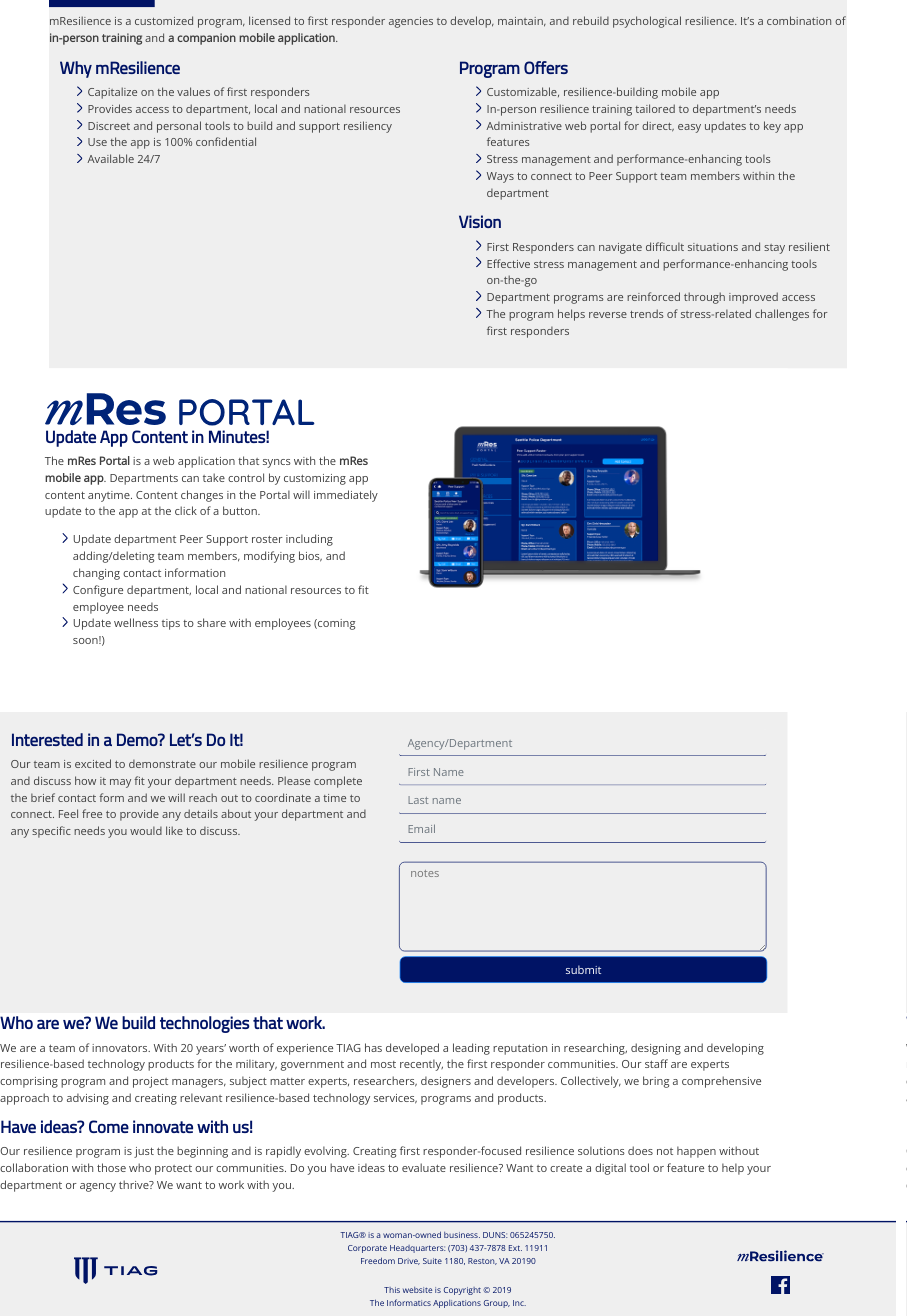
Repository: shenjune/mResilienceWebsite
Page: index.html
The author's editor kept a copy of each file at every save. The page is drawn from the files as they stood at one save, then again after the next save.
The browser window is 1280 px wide. The page is 1295 px wide, so the pictures cover 1295 px, including what lies to the right of the window. The pictures show the part of the page from y = 1303 to 3183 px (the page is 3183 px tall), at 70% of full size.
Some web libraries are served in a nearby version.

Above is the page before, as saved 2019-11-11 08:26:10.

### index.html
<!doctype html>
<html lang="en">
<head>
	<title>TIAG mResilience</title>
	<!-- Required meta tags -->
	<meta charset="utf-8">
	<meta name="viewport" content="width=device-width, initial-scale=1, shrink-to-fit=no">

	<!-- NOTE: moved reset to before all other stylesheets -->
	<link rel="reset" href="./Assets/reset.css">

	<!-- Google Fonts -->
	<link href="https://fonts.googleapis.com/css?family=Titillium+Web&display=swap" rel="stylesheet">
	<link href="https://fonts.googleapis.com/css?family=Open+Sans&display=swap" rel="stylesheet">

	<!-- Bootstrap CSS -->
	<link rel="stylesheet" href="https://stackpath.bootstrapcdn.com/bootstrap/4.3.1/css/bootstrap.min.css" integrity="sha384-ggOyR0iXCbMQv3Xipma34MD+dH/1fQ784/j6cY/iJTQUOhcWr7x9JvoRxT2MZw1T" crossorigin="anonymous">

	<!-- Font Awesome CSS Icons (For cool glyphicons) -->
	<link rel="stylesheet" href="https://maxcdn.bootstrapcdn.com/font-awesome/4.5.0/css/font-awesome.min.css" />

	<!-- CSS Stylesheet -->
	<!-- NOTE: removed `media="screen"` attribute below since there's only one custom stylesheet -->
	<link rel="stylesheet" href="style.css"/>

</head>

<body>

<!-- 01 Nav -->
	<nav class="navbar navbar-expand-lg nav-bg-color navbar-light" id="nav">
		<a class="navbar-brand" href="#">
			<img src="Assets/Images/mResFullLogo1.svg" alt="mResilience Logo" class="img-fluid">
		</a>
		<button class="navbar-toggler" type="button" data-toggle="collapse" data-target="#navbarSupportedContent" aria-controls="navbarSupportedContent" aria-expanded="false" aria-label="Toggle navigation">
			<span class="navbar-toggler-icon"></span>
		</button>

		<!--Start of NavBar links-->
		<div class="collapse navbar-collapse titillium-font" id="navbarSupportedContent">
			<ul class="navbar-nav ml-auto">
			<!--NavBar Main Link-->
				<li class="nav-item">
					<a class="nav-link" href="#main"><h5 class= "secondFont">Main</h5><span class="sr-only">(current)</span></a>
				</li>
				<!--NavBar Why Link-->
				<li class="nav-item">
					<a class="nav-link" href="#why"><h5 class= "secondFont">The Why</h5></a>
				</li>
				<!--NavBar Features Link-->
				<li class="nav-item">
					<a class="nav-link" href="#portal-div"><h5 class= "secondFont">Features</h5></a>
				</li>
				<!--NavBar Contact Link-->
				<li class="nav-item">
					<a class="nav-link" href="#back-form"><h5 class= "secondFont">Contact</h5></a>
				</li>
				<!--NavBar About Link-->
				<li class="nav-item">
					<a class="nav-link" href="#about"><h5 class= "secondFont">About</h5></a>
				</li>
				<!--NavBar Facebook Link-->
				<li class="nav-item" id="nav-fb">
					<a href="https://www.facebook.com/mresilience/"  target= "_blank" class="nav-link"><img src="Assets/Images/Facebook.svg" alt="facebook logo"></a>
				</li>
				<!--NavBar TIAG Link to www.tiag.net-->
				<li class="nav-item" id="nav-tiag">
					<a href="http://tiag.net" target="_blank" class="nav-link"><img src="Assets/Images/TIAGlogo.svg" height="25Spx" alt="TIAG logo"></a>
				</li>
			</ul>
		</div>
	</nav>

	<!-- 02 Main -->
	<div class="row" id="main">
		<div class="col-lg-7 ml-auto col-sm-12">
			<img src="Assets/Images/01MainPhone.png" width="100%">
		</div>
		<div class="align-left col-lg-5 ml-auto ">
			<!-- Beginning header image and opening paragraph -->
			<img src="Assets/Images/mResLogo.svg" alt="mResLogo" class="mobilePadding" id="mResLogo">
			<h4 class="secondFont mobilePadding">
				Mobile App for First Responders
			</h4>
			<p class="lead mobilePadding" id="leadText">A customizable resilience-building app available 24/7 that provides direct access to peer support, department supported resources, and stress management tools.</p>
		</div>

		<div class="col-12" id="mainBottomImage">
			<!-- NOTE: style this image using id or class in the stylesheet -->
			<img src="Assets/Images/02MainFooterImage.png" id="mainBottomImage" alt="image of first responders">
		</div>
	</div>

	<!-- 03 The Why -->
	<div id="why" class="container">
		<div class="row">
			<div class="col-12" id= "3A">
				<!-- 03A: First Responder Challenges section-->
				<div class="row" id="challengesHeader">
					<h4 class="invert">First Responder Challenges</h4>
				</div>

				<!-- 03A: First Responder Challenges text -->
				<div class="row" id="challengeStatement">
					<p>First responders put resilience to the test every day. The ability to “bounce back” is critical to do the work of protecting and saving lives. But the challenges of first responder work hit at the core. <strong>Strengthening</strong> and <strongaintaining resilience</strong> are the cornerstone of any prevention program.</p>
				</div>

				<!-- 03A: Bullet Points -->
				<div class="row" id="titles">
					<!-- STRESS SECTION -->
					<div class="col-lg-6 col-sm-12" id="stressSubHeader">
						<h4 class= "secondFont">Effects of Stress & Trauma</h4>
						<!-- STRESS PTS -->
						<div class="row">
						<!-- STRESS BULLET POINTS I-->
							<div class="col-6" >
								<ul class="checkBullets">
									<li>Burnout</li>
									<li>Obesity</li>
									<li>Substance Abuse</li>
									<li>PTSD</li>
									<li>Depression</li>
								</ul>
							</div>
					<!-- STRESS BULLET POINTS PT II-->
							<div class="col-6" >
								<ul class="checkBullets">
									<li>Anxiety</li>
									<li>Domestic Abuse</li>
									<li>Suicide</li>
									<li>Poor cardiac health</li>
									<li>Agitation/Anger</li>
								</ul>
							</div>
						</div>
					</div>

					<!-- DEPARTMENT SECTION -->
					<div class="col-lg-6 col-sm-12" id="challengesSubHeader">
						<h4 class= "secondFont">Department Challenges</h4>
						<div class="row">
						<!-- DEPARTMENT PTS -->
							<div class="col-12" id="challengebullets">
								<ul class= "exPt">
									<li>Impact of stress on productivity, performance and retention</li>
									<li>Cost-effective ways to address the mental challenges of the job</li>
									<li>The stigma against seeking psychological help</li>
								</ul>
							</div>
						</div>
					</div>
				</div>
			</div>
		</div>

		<!--03B: The Solution Section-->
		<div id="solutionSection">
			<!-- Solution Title -->
			<div class="row" id="solutionHeader">
				<h4 class="invert">The Solution</h4>
			</div>

			<!-- Solution Statement -->
			<div class="row" id="solutionStatement">
				<p>mResilience is a customized program, licensed to first responder agencies to develop, maintain, and rebuild psychological resilience. It’s a combination of <strong>in-person training</strong> and <strong>a companion mobile application</strong>.</p>
			</div>

			<!-- Solution Bullet Points -->
			<div class="row" id="titles2">
				<div class="col-lg-6 ml-auto col-sm-12" id="whymResSubHeader">
					<h4 class="secondFont">Why mResilience</h4>
					<ul class="arrow" id="whyBullets">
						<li>Capitalize on the values of first responders</li>
						<li>Provides access to department, local and national resources</li>
						<li>Discreet and personal tools to build and support resiliency</li>
						<li>Use the app is 100% confidential</li>
						<li>Available 24/7</li>
					</ul>
				</div>

			<!-- <div id="programOffers"> -->
				<div class="col-lg-6 ml-auto col-sm-12" id="programSubHeader">
					<h4 class="secondFont">Program Offers</h4>
					<ul class="arrow" id="offerBullets">
						<li>Customizable, resilience-building mobile app</li>
						<li>In-person resilience training tailored to department’s needs</li>
						<li>Administrative web portal for direct, easy updates to key app features</li>
						<li>Stress management and performance-enhancing tools</li>
						<li>Ways to connect to Peer Support team members within the department</li>
					</ul>
				</div>
			</div>

			<!-- Vision Bullet Points -->
			<!-- need to add align left to this div -->
			<div class="row">
				<div class="col-lg-6 ml-auto col-sm-12" id="visionSubheader">
					<h4 class="secondFont">Vision</h4>
					<ul class="arrow">
						<li>First Responders can navigate difficult situations and stay resilient</li>
						<li>Effective stress management and performance-enhancing tools on-the-go</li>
						<li>Department programs are reinforced through improved access</li>
						<li>The program helps reverse trends of stress-related challenges for first responders</li>
					</ul>
				</div>
			</div>
		</div>
	</div>

	<!-- 04 PORTAL DIV -->
	<div id="portal-div" class="container row">
		<!-- div for the portal text -->
		<div class="col-lg-6 ml-auto col-sm-12">
			<img id="portallogo" src="Assets/Images/portallogo2.svg" alt="mResLogo">
			<h4 class= "secondFont">Update App Content in Minutes!</h4>
			<p>The <strong>mRes Portal</strong> is a web application that syncs with the <strong>mRes mobile app</strong>. Departments can take control by customizing app content anytime. Content changes in the Portal will immediately update to the app at the click of a button.</p>

			<ul class="arrow">
				<li>Update department Peer Support roster including adding/deleting team members, modifying bios, and changing contact information</li>
				<li>Configure department, local and national resources to fit employee needs</li>
				<li>Update wellness tips to share with employees (coming soon!)</li>
			</ul>
		</div>

	<!-- div for the Feature images -->
		<div class="col-lg-6 col-sm-12">
			<img id='portalImg' src="Assets/Images/portal.png" alt="portalImg">
		</div>
	</div>

	<!---- 05 Contact Form ---->
	<div id="back-form" class="container mobilePadding2 row">
		<div class="col-lg-6 col-sm-12">
			<h4 class="secondFont">Interested in a Demo? Let’s Do It!</h4>
			<p>Our team is excited to demonstrate our mobile resilience program and discuss how it may fit your department needs. Please complete the brief contact form and we will reach out to coordinate a time to connect. Feel free to provide any details about your department and any specific needs you would like to discuss.</p>
		</div>

		<form class= "col-lg-6 col-sm-12" id="back-form2">
		<!-- INPUT SECTION -->
			<div class="form-group" >
				<!-- Department input -->
				<input type="text" class="form-control input-border" id="user-dept" placeholder="Agency/Department">

				<!-- First name input -->
				<input type="text" class="form-control input-border" id="user-name" placeholder="First Name">

				<!-- Last name input -->
				<input type="text" class="form-control input-border" id="user-last-name" placeholder="Last name">

				<!-- Email input -->
				<input type="email" class="form-control input-border" id="user-email" placeholder="Email">

				<!-- Notes input -->
				<label for="message"></label>
				<textarea class="col-lg-12" id="message" name="message" required="required" placeholder="notes"></textarea>

			<!-- Submit button -->
				<button type="submit" class="btn btn-primary" id="send">submit</button>
			</div>
		</form>
	</div>

	<!--06 About TIAG goes here-->
	<div id="about" class="container mobilePadding2 row">
		<div id = "whoWeAre">
			<h4 class="secondFont">
				<strong>Who are we?</strong>  We build technologies that work.
			</h4>
		</div>
		<div id ="whoWeAreP">
			<p>We are a team of innovators. With 20 years’ worth of experience TIAG has developed a leading reputation in researching, designing and developing resilience-based technology products for the military, government and most recently, the first responder communities. Our staff are experts comprising program and project managers, subject matter experts, researchers, designers and developers. Collectively, we bring a comprehensive approach to advising and creating relevant resilience-based technology services, programs and products.</p>
		</div>

		<div id="haveIdeas">
			<h4 class="secondFont">
				<strong>Have ideas?</strong> Come innovate with us!
			</h4>
		</div>

		<div id="haveIdeasP">
			<p>Our resilience program is just the beginning and is rapidly evolving. Creating first responder-focused resilience solutions does not happen without collaboration with those who protect our communities. Do you have ideas to evaluate resilience? Want to create a digital tool or feature to help your department or agency thrive? We want to work with you.</p>
		</div>
		<br>
	</div>

	<!-- FOOTER FOR THE WEBSITE -->
	<footer class="footer">
		<div class="container">
			<div id= "footer-row" class="row">
			<!-- footer conditions in Javascript will reference this div -->
			</div>
		</div>
	</footer>

	<!-- Optional JavaScript -->
	<!-- jQuery first, then Popper.js, then Bootstrap JS -->
	<script src="https://code.jquery.com/jquery-3.1.1.min.js"></script>
	<script src="https://cdnjs.cloudflare.com/ajax/libs/twitter-bootstrap/4.0.0/js/bootstrap.bundle.min.js"></script>

	<!-- commented out to make nytimes api work -->
	<!-- <script src="https://code.jquery.com/jquery-3.3.1.slim.min.js" integrity="sha384-q8i/X+965DzO0rT7abK41JStQIAqVgRVzpbzo5smXKp4YfRvH+8abtTE1Pi6jizo" crossorigin="anonymous"></script> -->
	<script src="https://cdnjs.cloudflare.com/ajax/libs/popper.js/1.14.7/umd/popper.min.js" integrity="sha384-UO2eT0CpHqdSJQ6hJty5KVphtPhzWj9WO1clHTMGa3JDZwrnQq4sF86dIHNDz0W1" crossorigin="anonymous"></script>
	<script src="https://stackpath.bootstrapcdn.com/bootstrap/4.3.1/js/bootstrap.min.js" integrity="sha384-JjSmVgyd0p3pXB1rRibZUAYoIIy6OrQ6VrjIEaFf/nJGzIxFDsf4x0xIM+B07jRM" crossorigin="anonymous"></script>

	<!-- script link to send email from contact form to tiag -->
	<script src="https://smtpjs.com/v3/smtp.js"></script>
	<script src="script.js"></script>

</body>
</html>

### style.css
/* BODY */

body {
    /*  APPLIES OPEN SANS WITH GREY COLOR TO WHOLE PAGE */
    /*  Desired effect is making all text the grey and sans */
    font-family: 'Open Sans', sans-serif;
    color: #3e3e3e;
    width: 100%;
    font-weight: normal;
}

/*  CLASS FOR TITILLIUM FONT WITH BLUE COLOR */

.secondFont {
    font-family: 'Titillium Web', sans-serif;
    color: #001365;
    font-weight: bold;
}

/*  CLASS FOR INVERTED HEADER */

.invert {
    margin-top: 15px;
    font-family: 'Titillium Web', sans-serif;
    color: #eeeeee;
    background-color: #001365;
    padding: 10px;
    padding-left: 15px;
}

/* 01 Nav */

/*scroll-behavior animation for Chrome and FoxFire*/
html {
    scroll-behavior: smooth;
}

#nav{
    position: fixed;
    z-index: 1;
}

nav {
    background-color: #efefef;
    border-bottom: 2px solid #001365;
    top: 0;
    width: 100%;
}

.nav-link {
    margin-right: 15px;
    padding: 5px;
    margin-top: 0px;
    align-items: center;
    justify-content: center;
    }

.nav-link h5:hover {
    font-family: 'Titillium Web', sans-serif;
    color: #eeeeee;
    background-color: #001365;
    }


/* 02 Main Section */

div#main.row{
    margin-top: 8%;
}

#main h4 {
    margin-top: 30px;
}

#mResLogo {
    margin-top: 5%;
}

#mainBottomImage {
    width: 100%;
    height: auto;
    margin: 0 auto;
    position: relative;
    top: 0;
    bottom:0;
    z-index: -1;
}
/* White mResilience Logo that overlays on the people picture under the mobile app image in 02. Main section*/
/*div img#whiteLogo {
    margin: 10% 35%;
    position: absolute;
} */

/* 03 The Why Section */

#why {
    background:#efefef;
    padding-bottom: 2%;
}

.checkBullets {
    list-style-image: url('Assets/Images/02checkmark.svg');
}

.exPt {
    list-style-image: url('Assets/Images/02exclamation.svg');
}

.arrow {
    list-style-image: url('Assets/Images/02arrow.svg')
}

/* 04 Portal Section*/

#portal-div {
    color:#3e3e3e;
    background:white;
    width:100%;
    padding-top: 2%;
    padding-left: 5%;
    padding-right: 5%;
    padding-bottom:5%;
}

#portallogo {
    height: 12%;
    margin-top: 2%;

}

#portalImg {
    width:100%;
    height:auto;
    padding-top: 8%;
    padding-right:3%;
}

/* 05 contact form */

#back-form {
    background:#efefef;
    padding-top: 2%;
    padding-bottom: 2%;
}
div.container div.row h4.secondFont{
    padding-top: 0%;
}

div.container div.row form#back-form.col-lg-6.col-sm-12{
    padding-top:2%;
    padding-left: 0%;
}
/* 05 Contact form border & background color by ID */

.input-row {
    margin-top:10px;
    margin-bottom:10px;
}

#user-dept {
    background:#efefef;
}

#user-name {
    background:#efefef;
}

#user-last-name {
    background:#efefef;
}

#user-email {
    background:#efefef;
}

#message{
    border-radius: 8px;
    height: 8em;
    border: 1.5px solid #001365;
    background:#efefef;
}

.input-border {
    border-style: none;
    border-bottom: 1.5px solid #001365;
    margin-bottom: .20em;
}

#send{
    width: 100%;
    margin: 1px;
    background-color: #001365;
    border-radius:8px;
}

#send:hover{
    background-color: #EFEFEF;
    color:#001365;
}

/*Footer*/
.footer {
    border-top: 2px solid #001365;
    padding: 10px;
    bottom: 0;
    width: 100%;
    background: #efefef;
    text-align: center;
    color: #001365;
    float: left;

}

.pFooter {
    font-size: 12px;
    margin: 0px;
    line-height: 1.5em;
}

.footerImage {
    padding: 10px;
    margin-left: auto;
    margin-right: auto;
}

h3 {
    color: #001365;
}

/* when the screen is mobile the padding for the 02 Main section and 06 About sections are given more space for readability */
@media only screen and (max-width:600px){
    .mobilePadding {
        padding-left:13%;
        padding-right: 5%;
    }

    .mobilePadding2 {
        padding-left: 8%;
        padding-right: 5%;
    }

    #portallogo {
        height: 10%;
        padding-bottom: 3%;
    }
};

/* when the screen is for a desktop the padding for the 02 Main is change for nicer visual spacing */
@media only screen and (min-width: 768px) {
    #leadText {
        padding-right: 15%;
    }

    #portallogo {
        height: 12%;
        padding-bottom: 3%;
    }
};

### script.js
//IN THIS FILE:
// 06. Code for Footer styling for device size
// 04. Code for Email Validation API (requirement for class).

'use strict';

var department; // not sure we will need this one
var name;
var lastName;
var emailAddress;
var comments;
var x = window.matchMedia("(max-width: 700px)");

//O6. FOOTER
// foot icons
var icon1=$('<a target="_blank" href="http://tiag.net/"><img class= "footerImage center-block" src= "Assets/Images/TIAGlogo.svg" alt= "TIAGlogo" style= "margin-top: 30px;"></a>');
var icon2=$('<img class= "footerImage" src= "Assets/Images/mresilience_sm_blue.svg" alt= "mresilience_sm_blue" style= "margin-top: 20px;">');
var icon3=$('<a target="_blank" href="https://www.facebook.com/mresilience/"><img class= "footerImage" src= "Assets/Images/Facebook.svg" alt="fbLogo"></a>');

// footer text
var p1 =$('<p class= "pFooter"> TIAG® is a woman-owned business. DUNS: 065245750.</p>');
var p2 =$('<p class= "pFooter"> Corporate Headquarters: (703) 437-7878 Ext. 11911 </p>');
var p3 =$('<p class= "pFooter"> Freedom Drive, Suite 1180, Reston, VA 20190 </p>');
var p4 =$('<p class= "pFooter"> This website is Copyright © 2019 </p>');
var p5 =$('<p class= "pFooter"> The Informatics Applications Group, Inc. </p>');

function checkMobile(x){
    if(x.matches) {
        $('#footer-row').empty();
        var mobileMiddle1 = $("<div id= 'footer-body' class= 'col-sm-12'>").appendTo('#footer-row');
            // adding Text
            $(p1).appendTo(mobileMiddle1);
            $(p2).appendTo(mobileMiddle1);
            $(p3).appendTo(mobileMiddle1);
            $('<br>').appendTo(mobileMiddle1);
            $(p4).appendTo(mobileMiddle1);
            $(p5).appendTo(mobileMiddle1);

        var mobileMiddle2 = $("<div style= 'width:100%' class= 'col-sm-12'>").appendTo('#footer-row');
            // adding icons
            $(icon1).appendTo(mobileMiddle2);
            $(icon2).appendTo(mobileMiddle2);
            $(icon3).appendTo(mobileMiddle2);
    }
    else {
        $('#footer-row').empty();

         // adds first icon to the footer (left)
        var leftSide= $("<div class= 'col-2'>").appendTo('#footer-row');
        $(icon1).appendTo(leftSide);

         // adds footer text to the footer (middle)
        var middleSide= $("<div id= 'footer-body' class= 'col-8'>").appendTo('#footer-row');
        $(p1).appendTo(middleSide);
        $(p2).appendTo(middleSide);
        $(p3).appendTo(middleSide);
        $('<br>').appendTo(middleSide);
        $(p4).appendTo(middleSide);
        $(p5).appendTo(middleSide);

         // adds icons to the footer (right)
        var rightSide= $("<div class= 'col-2'>").appendTo('#footer-row');
        $(icon2).appendTo(rightSide);
        $(icon3).appendTo(rightSide);
    }
}

checkMobile(x); // call function at run time
x.addListener(checkMobile); // attatch listener function on state change



//04 CONTACT FORM with Email Validation API//

// function to gather the contact info
function contact() {
    name = $('#user-name').val().trim();
    emailAddress = $('#user-email').val().trim();
    comments = $('#message').val().trim();
};

// Email Validation
var access_key = '7f95822a0882fc130f048a764288d1c1';
var email_address = 'support@apilayer.com';
function validateEmail(cb) {
    // verify email address via AJAX call
    return $.ajax({
        url: 'https://apilayer.net/api/check?access_key=' + access_key + '&email=' + emailAddress,
        dataType: 'jsonp',
        success: function (json) {
            // console.log(json);
            // Access and use your preferred validation result objects
            // console.log(json.format_valid);
            // console.log(json.smtp_check);
            // console.log(json.score);
            // cb(format_valid, smtp_check)
            return json
        }
    });
};

// click event on submit button will get contact() to run
$('#back-form').on('submit', async function (stop) {
    stop.preventDefault();
    contact();
//$('#user-name').empty();

    var validate = await validateEmail();
    // console.log(validate)
    const { format_valid, smtp_check } = validate;

    // if validEmail is true, alert to the user, enter in a valid email
    if (smtp_check === true && format_valid === true) {

        Email.send({
            Host: 'smtp25.elasticemail.com',
            Username: 'marinocarranza@hotmail.com',
            Password: 'a5b01d0e-fdfe-4593-8205-cb8f0d332406',
            To: 'jjune@tiag.net',    //my preferred email
            From: 'marinocarranza@hotmail.com',  //user input
            Subject: `${name} PORTFOLIO feedback`,    // user input
            Body: `${name} had this to say: ${comments}    ===>  Write back at ${emailAddress}`   // will come from user input in the comment form
        }).then(
            message => alert("Thank you for your feedback! An mResilience member will get back to you soon!")    // when email sends
        )}else {
        alert('Please provide valid email');    // when email is invalid
    };

    //$('#back-form').reset();
    $("#user-dept").val("");
    $("#user-name").val("");
    $("#user-last-name").val("");
    $("#user-email").val("");
    $("#message").val("");
});

After the next save:
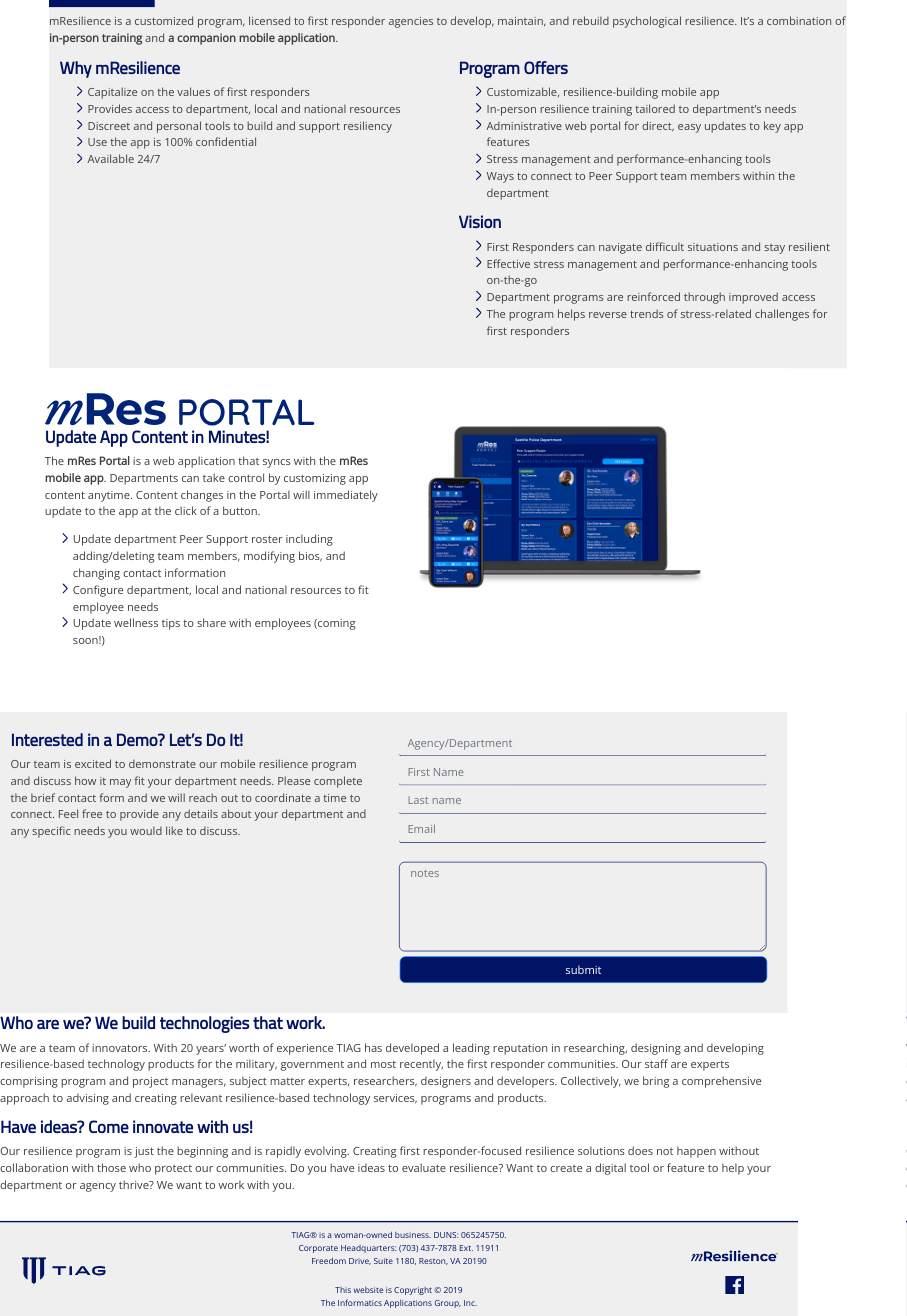
Saved 10 min 33 s later.
--- a/index.html
+++ b/index.html
@@ -284,11 +284,9 @@
 	</div>
 
 	<!-- FOOTER FOR THE WEBSITE -->
-	<footer class="footer">
-		<div class="container">
-			<div id= "footer-row" class="row">
-			<!-- footer conditions in Javascript will reference this div -->
-			</div>
+	<footer class="footer container">
+		<div id= "footer-row" class="row">
+		<!-- footer conditions in Javascript will reference this div -->
 		</div>
 	</footer>
 
